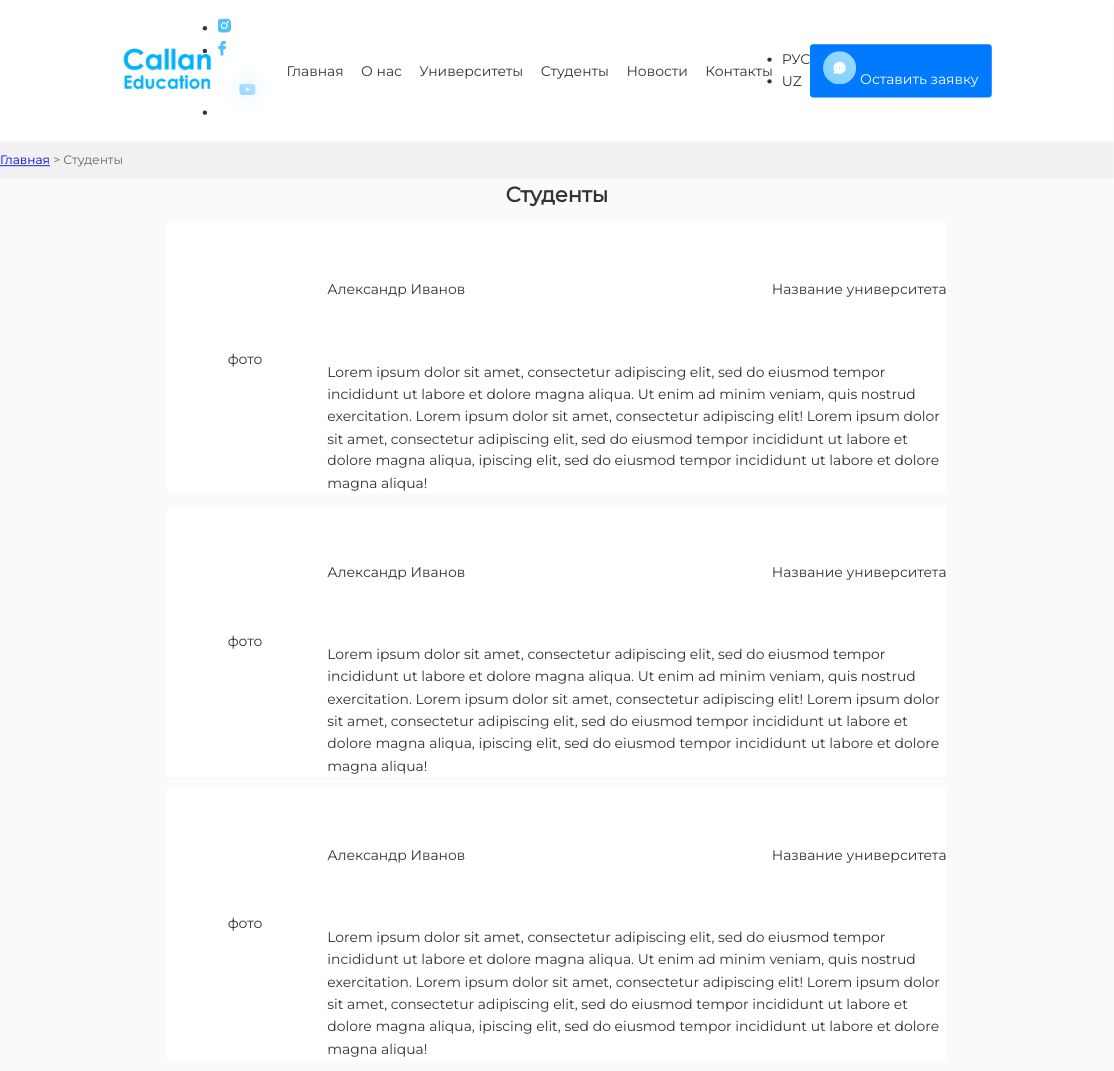
Repository: olyakorzh/Team-project-1
Page: assets/pages/students.html
The author's editor kept a copy of each file at every save. The page is drawn from the files as they stood at one save, then again after a run of saves.
The browser window is 1280 px wide. The pictures show the whole page, at 87% of full size.

Above is the page before, as saved 2024-12-07 10:03:55.

### assets/pages/students.html
<!DOCTYPE html>
<html lang="ru">
<head>
    <meta charset="UTF-8">
    <meta name="viewport" content="width=device-width, initial-scale=1.0">
    <title>Студенты</title>
    <link rel="stylesheet" href="/assets/styles/students.css" />
</head>
<body>
  <header class="header">
    <div class="header__container">
      <div class="header__logo">
        <img src="../img/main.img/Logo.png" alt="Callan Education" />
      </div>
      <nav class="header__media">
        <ul class="header__media-list">
          <li class="header__media-item">
            <a href="#" class="header__media-link">
              <img
                src="../img/aboutus.img/header_instagramm.svg"
                alt="Instagram"
                class="header__media-icon"
              />
            </a>
          </li>
          <li class="header__media-item">
            <a href="#" class="header__media-link">
              <img
                src="../img/aboutus.img/header_facebook.svg"
                alt="Facebook"
                class="header__media-icon"
              />
            </a>
          </li>
          <li class="header__media-item">
            <a href="#" class="header__media-link">
              <img
                src="../img/aboutus.img/header_youtube.svg"
                alt="YouTube"
                class="header__media-icon"
              />
            </a>
          </li>
        </ul>
      </nav>
      <nav class="header__nav">
        <ul class="menu">
          <li class="menu__item">
            <a href="main.html" class="menu__link">Главная</a>
          </li>
          <li class="menu__item">
            <a href="aboutus.html" class="menu__link">О нас</a>
          </li>
          <li class="menu__item">
            <a href="uni.html" class="menu__link">Университеты</a>
          </li>
          <li class="menu__item">
            <a href="students.html" class="menu__link">Студенты</a>
          </li>
          <li class="menu__item">
            <a href="news.html" class="menu__link">Новости</a>
          </li>
          <li class="menu__item">
            <a href="cont.html" class="menu__link">Контакты</a>
          </li>
        </ul>
      </nav>
      <div class="header__language">
        <ul class="header__language-list">
          <li class="header__language-item header__language-item--active">
            РУС
          </li>
          <li class="header__language-item">UZ</li>
        </ul>
      </div>

      <div class="header__actions">
        <a href="#" class="header__button">
          <span class="header__button-icon">
            <img
              src="../img/aboutus.img/header_message.svg"
              alt="Chat Icon"
            />
          </span>
          Оставить заявку
        </a>
      </div>
    </div>
  </header>
      <main>
        <section class="breadcrumbs">
            <div class="breadcrumbs__container">
              <a href="#" class="breadcrumbs__link">Главная</a> >
              <span class="breadcrumbs__current">Студенты</span>
            </div>
          </section>
          <h2>Студенты</h2>
          <div class="basic">
          <div class="containerstudent">
          <div class="block_foto">фото</div>
          <div class="block1">Александр Иванов</div>
          <div class="block2">Название университета</div>
          <div class="block3">Lorem ipsum dolor sit amet, consectetur adipiscing elit, sed do eiusmod tempor incididunt ut labore et dolore magna aliqua. Ut enim ad minim veniam, quis nostrud exercitation. Lorem ipsum dolor sit amet, consectetur adipiscing elit! Lorem ipsum dolor sit amet, consectetur adipiscing elit, sed do eiusmod tempor incididunt ut labore et dolore magna aliqua, ipiscing elit, sed do eiusmod tempor incididunt ut labore et dolore magna aliqua!</div>
         </div>
        </div>
        <div class="basic">
          <div class="containerstudent">
          <div class="block_foto">фото</div>
          <div class="block1">Александр Иванов</div>
          <div class="block2">Название университета</div>
          <div class="block3">Lorem ipsum dolor sit amet, consectetur adipiscing elit, sed do eiusmod tempor incididunt ut labore et dolore magna aliqua. Ut enim ad minim veniam, quis nostrud exercitation. Lorem ipsum dolor sit amet, consectetur adipiscing elit! Lorem ipsum dolor sit amet, consectetur adipiscing elit, sed do eiusmod tempor incididunt ut labore et dolore magna aliqua, ipiscing elit, sed do eiusmod tempor incididunt ut labore et dolore magna aliqua!</div>
         </div>
        </div>
        <div class="basic">
          <div class="containerstudent">
          <div class="block_foto">фото</div>
          <div class="block1">Александр Иванов</div>
          <div class="block2">Название университета</div>
          <div class="block3">Lorem ipsum dolor sit amet, consectetur adipiscing elit, sed do eiusmod tempor incididunt ut labore et dolore magna aliqua. Ut enim ad minim veniam, quis nostrud exercitation. Lorem ipsum dolor sit amet, consectetur adipiscing elit! Lorem ipsum dolor sit amet, consectetur adipiscing elit, sed do eiusmod tempor incididunt ut labore et dolore magna aliqua, ipiscing elit, sed do eiusmod tempor incididunt ut labore et dolore magna aliqua!</div>
         </div>
        </div>
        </main>
</body>
</html>

### assets/styles/students.css
@font-face {
    font-family: "Montserrat";
    src: url("../fonts/Montserrat/static/Montserrat-Regular.ttf")
      format("truetype");
    font-weight: normal;
    font-style: normal;
  }

  * {
    margin: 0;
    padding: 0;
    box-sizing: border-box;
  }

  body {
    font-family: Montserrat, sans-serif;
    font-size: 16px;
    line-height: 1.6;
    color: #333;
    background-color: #f9f9f9b8;
  }

  .container {
    width: 90%;
    max-width: 1200px;
    margin: 0 auto;
  }

  .header {
    background-color: #fff;
    box-shadow: 0 2px 5px rgba(0, 0, 0, 0.1);
    padding: 20px 0;
  }

  .header__container {
    display: flex;
    align-items: center;
    justify-content: center;
  }

  .header__logo {
    font-size: 24px;
    font-weight: bold;
    color: #007bff;
  }

  .header__nav .menu {
    display: flex;
    list-style: none;
  }

  .menu__item {
    margin: 0 10px;
  }

  .menu__link {
    text-decoration: none;
    color: #333;
    font-weight: 500;
    transition: color 0.3s ease;
  }

  .menu__link:hover {
    color: #007bff;
  }

  .header__actions {
    display: flex;
    align-items: center;
    gap: 15px;
  }

  .header__button {
    padding: 8px 15px;
    background-color: #007bff;
    color: #fff;
    text-decoration: none;
    border-radius: 4px;
    transition: background-color 0.3s ease;
  }

  .header__button:hover {
    background-color: #0056b3;
  }
  .breadcrumbs {
    background-color: #f1f1f1;
    padding: 10px 0;
    font-size: 14px;
    color: #666;
  }

  .breadcrumbs__container {
    text-align: left;
  }
  .containerstudent{
    display: grid;
    grid-template-columns: 20% 1fr 1fr;
    grid-template-rows: 1fr 1fr;
    gap: 5px 5px;
    align-items: center;
    width: 70%;
    margin-top: 1%;
    margin-bottom: 1%;
    background-color:#fff
  }
  .block_foto{
    display: grid;
    grid-row-start: 1;
    grid-row-end: 3;
    justify-items: center;

  }
  .block3{
    grid-column-end: span 2;
  }
  .block1{
    display: grid;
    text-align: left;
  }
  .block2{
    align-content: center;
    text-align: right;
  }
h2{
  display: grid;
  justify-content: center;
}
.basic{
justify-items: center;
}

After the next 2 saves:
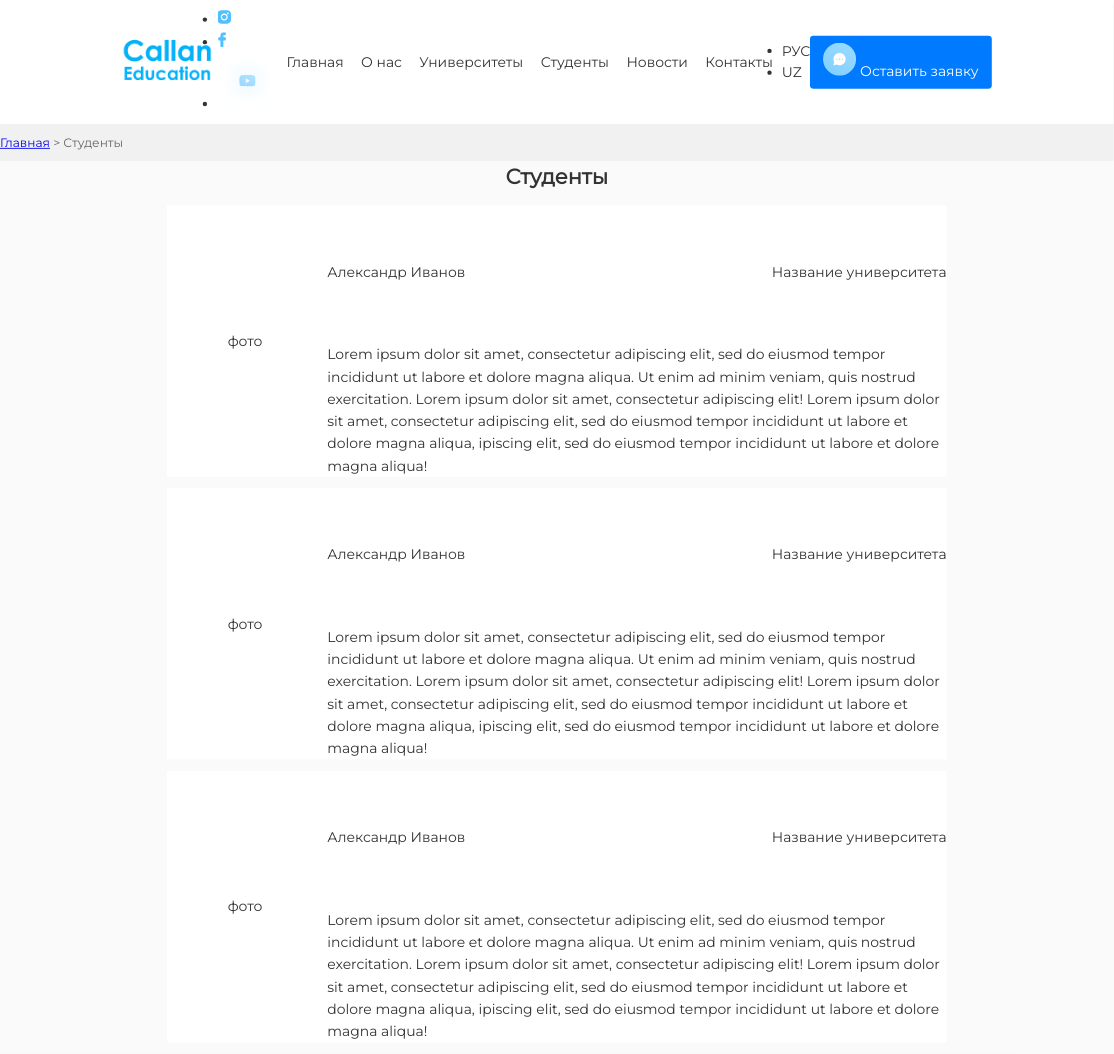
The 2 saves are shown as one change because they came seconds apart.
The last was saved 3 min 53 s later.
--- a/assets/styles/students.css
+++ b/assets/styles/students.css
@@ -27,9 +27,10 @@
   }
 
   .header {
-    background-color: #fff;
+    width: 100%;
+    background-color: white;
     box-shadow: 0 2px 5px rgba(0, 0, 0, 0.1);
-    padding: 20px 0;
+    padding: 10px 20px;
   }
 
   .header__container {
